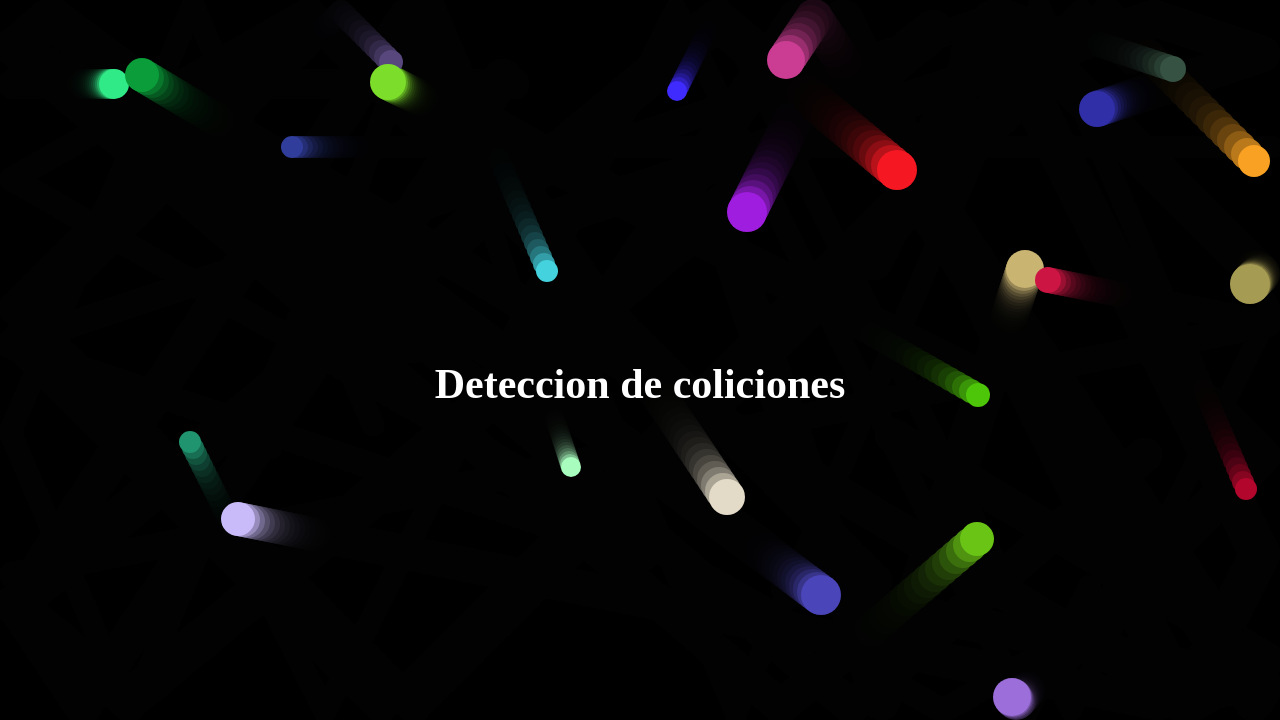
Repository: mvbri/Bouncing-Balls-Animation
Page: index.html
The author's editor kept a copy of each file at every save. The page is drawn from the files as they stood at one save, then again after the next save.
The browser window is 1280 px wide. The pictures show the whole page.

Above is the page before, as saved 2023-01-15 16:26:00.

After the next save:
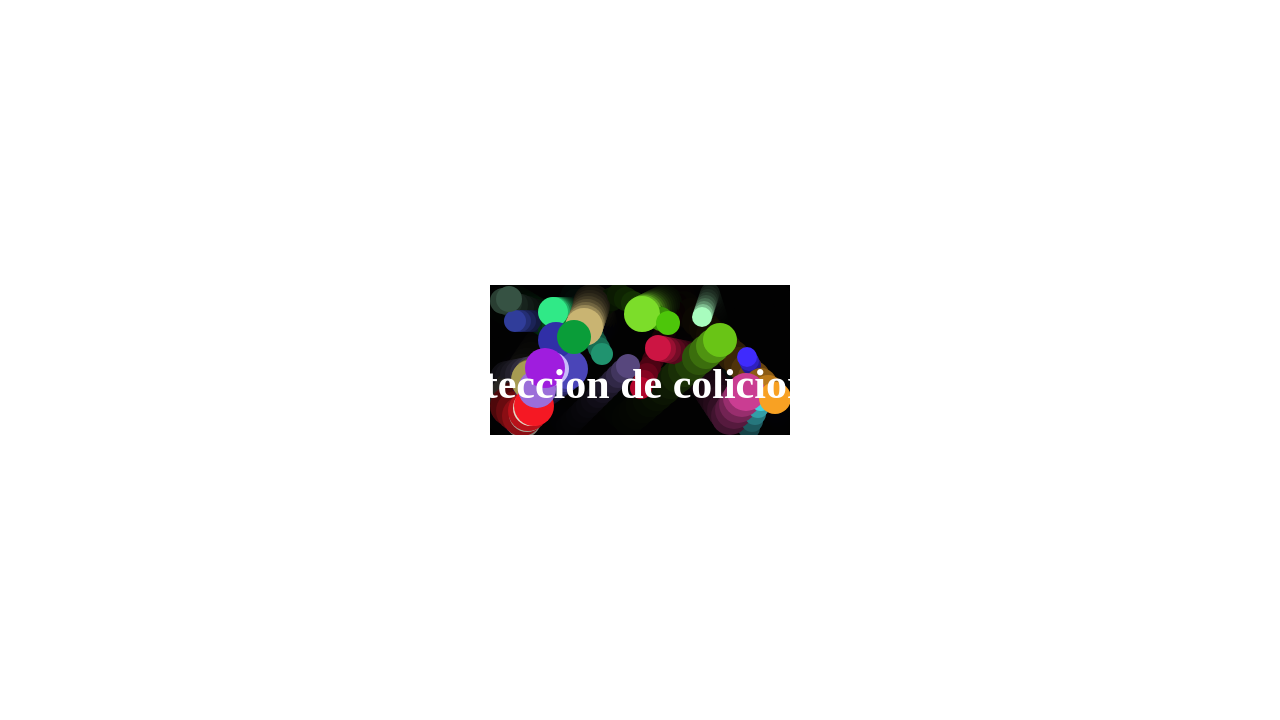
Saved 77 s later.
--- a/bouncingBalls.js
+++ b/bouncingBalls.js
@@ -1,8 +1,7 @@
 let canvas = document.querySelector('.canvas'),
 	ctx = canvas.getContext('2d'),
-	width = (canvas.width = window.innerWidth),
-	height = (canvas.height = window.innerHeight);
-console.log(canvas);
+	width = canvas.width,
+	height = canvas.height;
 window.addEventListener('resize', () => {
 	loop();
 });
